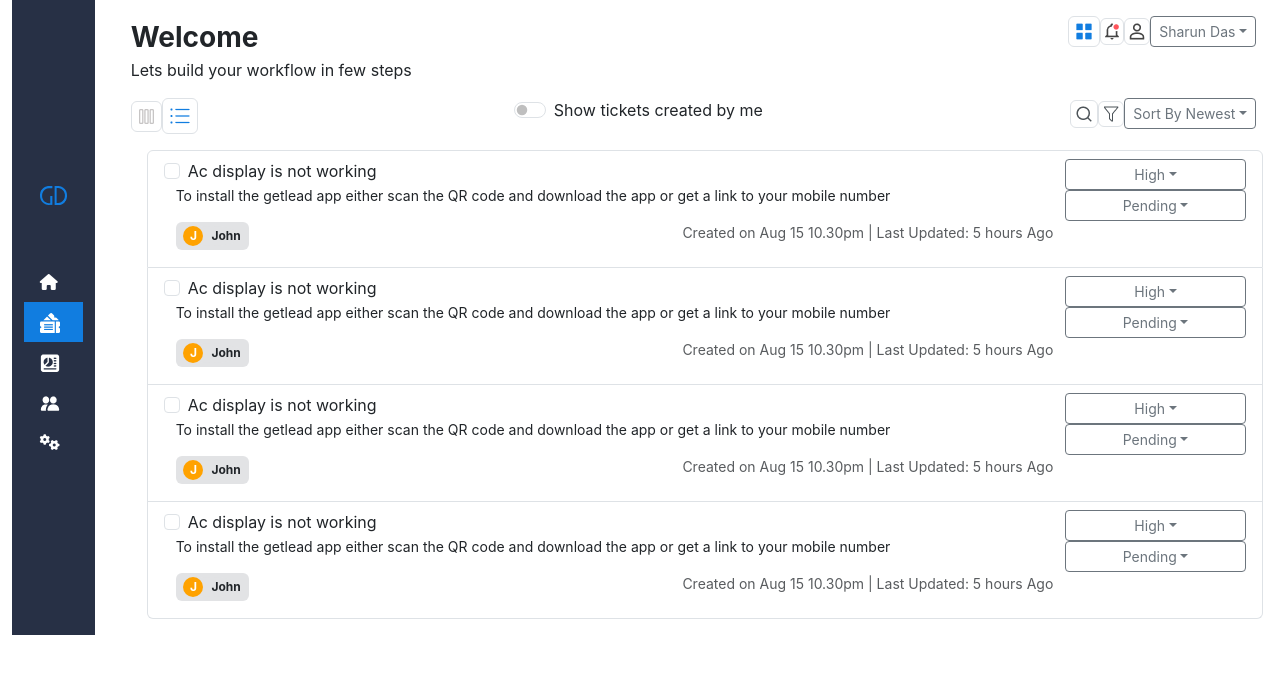
Repository: rishikarajeev/GL_HelpDesk
Page: /showtickets
The author's editor kept a copy of each file at every save. The page is drawn from the files as they stood at one save, then again after the next save.
The browser window is 1280 px wide. The pictures show the whole page.
The project was rebuilt for these pictures with package versions that can differ from the ones it lists, and the page was loaded fresh each time. Also part of the build but not shown: src/App.css, src/Pages/HomePage.jsx.

Above is the page before, as saved 2024-01-09 14:37:04.

After the next save:
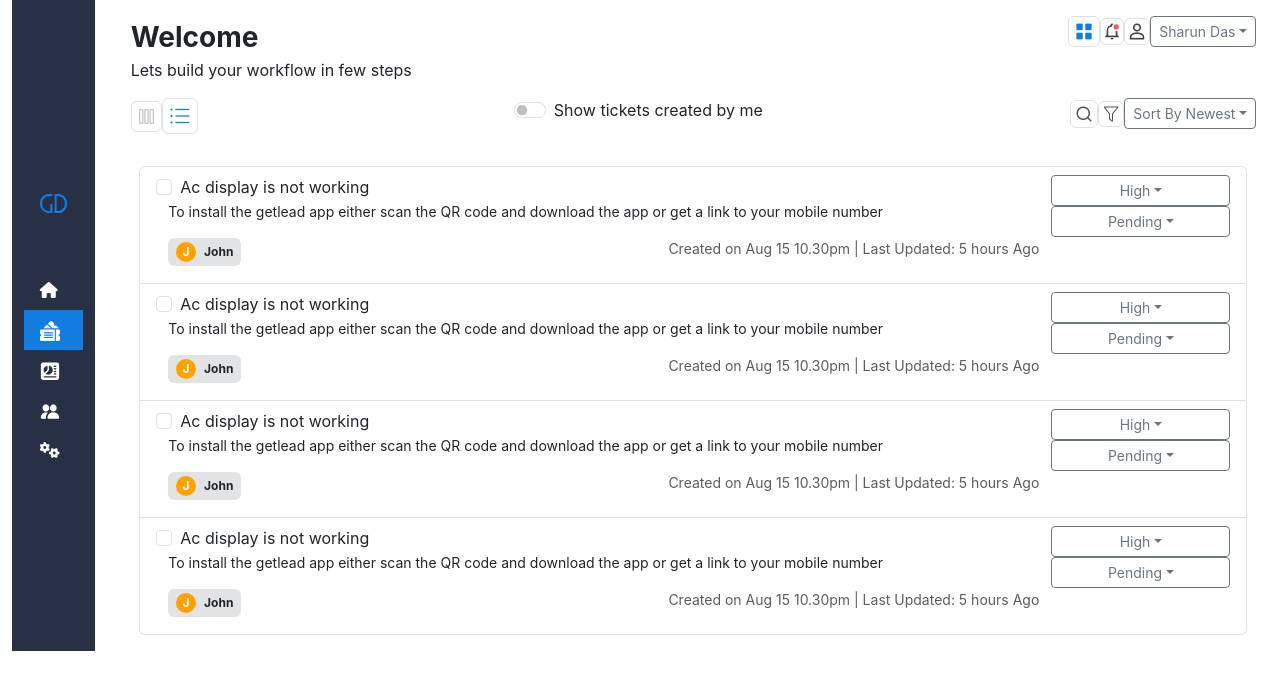
Saved 6 s later.
--- a/src/Pages/ViewTickets.jsx
+++ b/src/Pages/ViewTickets.jsx
@@ -9,7 +9,7 @@ function ViewTickets() {
 
   return (
 
-    <div className="container bg-white m-3">
+    <div className="container bg-white p-3">
 
     <ol className="list-group">
       <li className="list-group-item d-flex justify-content-between align-items-start">
